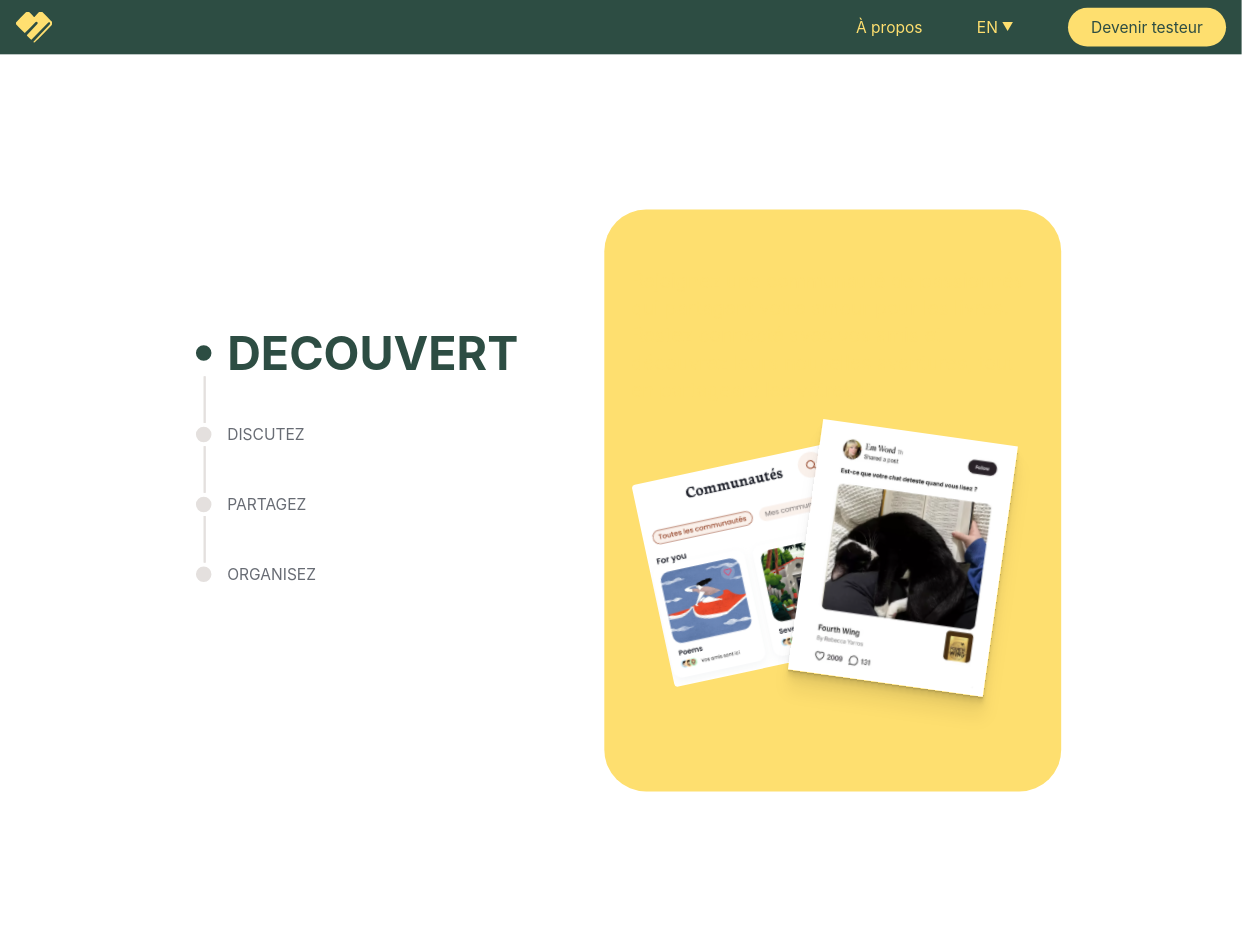
Repository: enas-elm/bookish-landing
Page: /
The author's editor kept a copy of each file at every save. The page is drawn from the files as they stood at one save, then again after the next save.
The browser window is 1280 px wide. The pictures show the whole page, at 97% of full size.
The project was rebuilt for these pictures with package versions that can differ from the ones it lists, and the page was loaded fresh each time.

Above is the page before, as saved 2024-09-12 11:23:43.

After the next save:
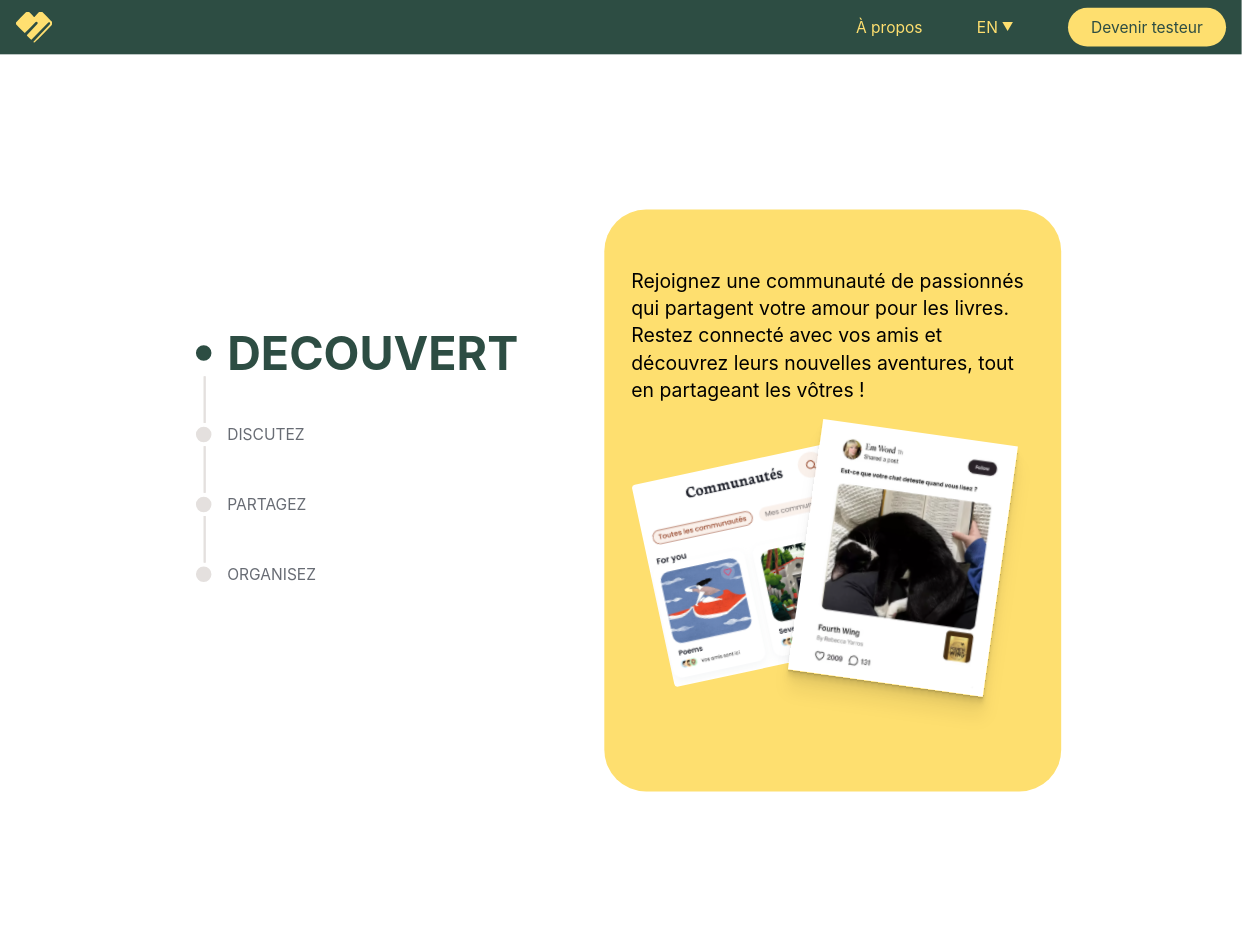
Saved 32 s later.
--- a/src/components/TimeLine.js
+++ b/src/components/TimeLine.js
@@ -103,7 +103,7 @@ function TimelineMenu() {
             <p
               className="text-xl text-left"
               style={{
-                color: selectedItem ? selectedItem.color : "#ffffff",
+                color: selectedItem ? selectedItem.Text : "#ffffff",
               }}
             >
               {selectedItem.description}{" "}
